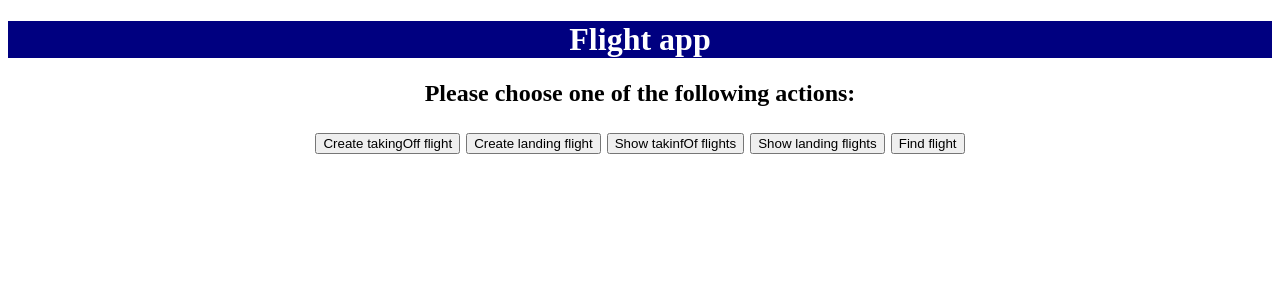
Repository: kerenrachev/Flight-App-Project
Page: FlightApp/WebContent/Web.html
The author's editor kept a copy of each file at every save. The page is drawn from the files as they stood at one save, then again after the next save.
The browser window is 1280 px wide. The pictures show the whole page.

Above is the page before, as saved 2020-08-19 15:38:18.

### FlightApp/WebContent/Web.html
<!DOCTYPE html>
<html>
<head>
<meta charset="windows-1255">
<title>"HELLO"</title>
</head>
<style>
h1 {
  background-color: navy;
  color: white;
  text-align: center;
}
h2{
  text-align: center;
}
</style>
<body>
<h1> Flight app </h1>
<h2> Please choose one of the following actions: <h2>
<button type="Button">Create takingOff flight</button>
<button type="Button">Create landing flight</button>
<button type="Button">Show takinfOf flights</button>
<button type="Button">Show landing flights</button>
<button type="Button">Find flight</button>


<script> alert ('hey')</script>
</body>
</html>

After the next save:
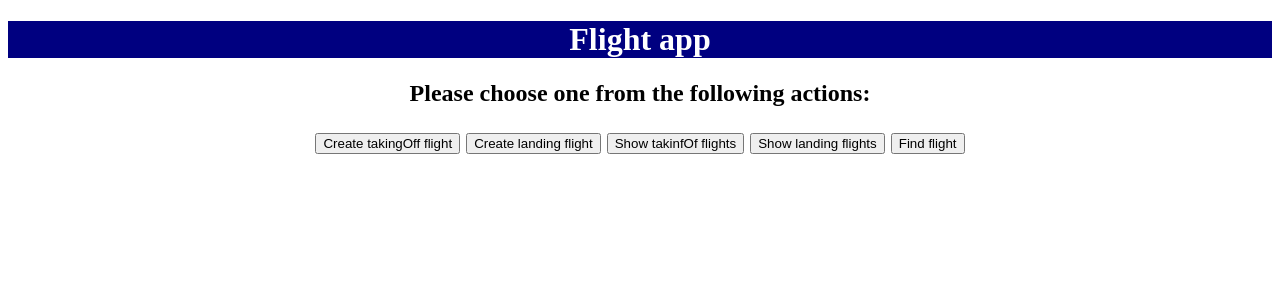
Saved 48 s later.
--- a/FlightApp/WebContent/Web.html
+++ b/FlightApp/WebContent/Web.html
@@ -16,7 +16,7 @@ h2{
 </style>
 <body>
 <h1> Flight app </h1>
-<h2> Please choose one of the following actions: <h2>
+<h2> Please choose one from the following actions: <h2>
 <button type="Button">Create takingOff flight</button>
 <button type="Button">Create landing flight</button>
 <button type="Button">Show takinfOf flights</button>
